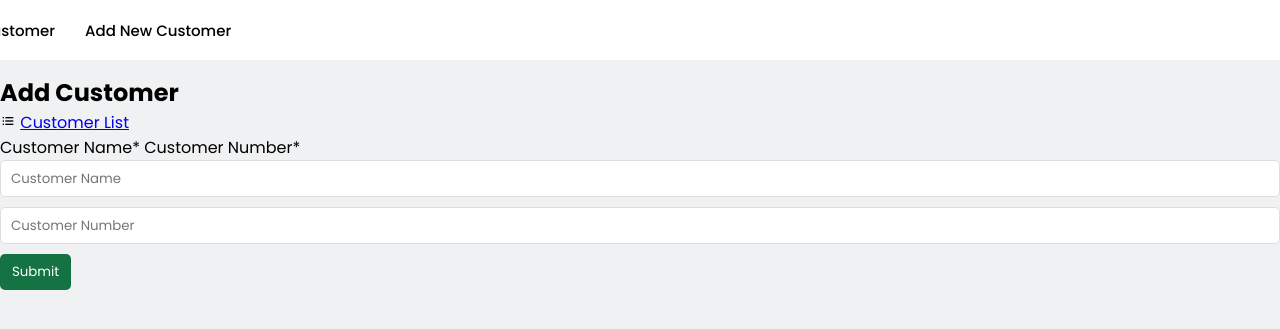
Repository: codebyaddro/customer-page
Page: pages/html/ancus.html
These files come from the project's save history. The page is drawn as it stood at one moment and after a run of saves; the edit follows.
The browser window is 1280 px wide. The pictures show the whole page.

Above is the page before, as saved 2025-02-20 15:08:38.

After the next 2 saves:
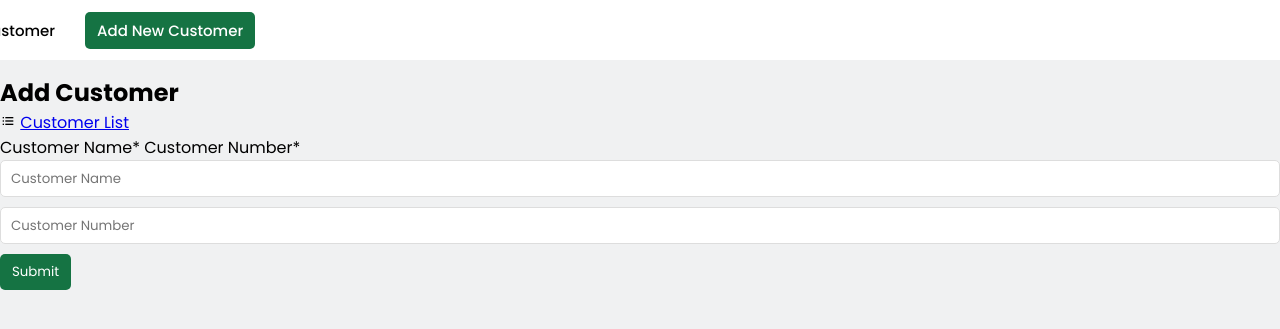
The 2 saves are shown as one change because they came seconds apart.
The last was saved 23 s later.
--- a/pages/css/ancus.css
+++ b/pages/css/ancus.css
@@ -67,7 +67,7 @@
 
 /* -- active menu style -- */
 
-.active-menu {
+.cba-ancus-active-menu {
     color: var(--white)!important;
     background-color: var(--main-green);
     padding: 8px 12px;
@@ -76,7 +76,7 @@
 
 /* -- menu hover style -- */
 
-.light-up:hover {
+.cba-ancus-light-up:hover {
     color: var(--light-orange);
 }
 
